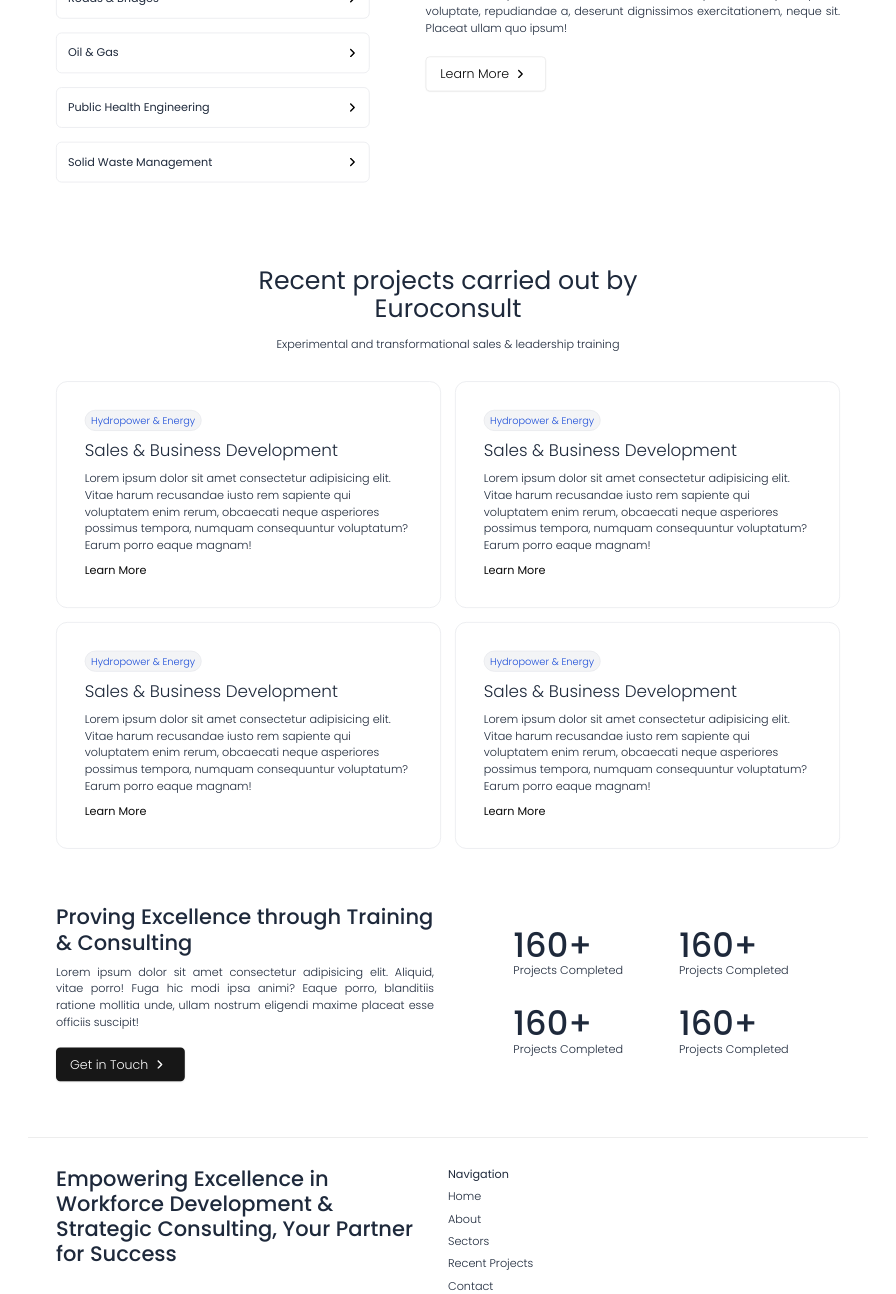
Repository: EMDC-24/ecglobalwebsite19
Page: /
An editor plug-in stored every save of this project. The page is shown before and after the next save, followed by the edit.
The browser window is 1280 px wide. The pictures show the part of the page from y = 2672 to 4592 px (the page is 4521 px tall before and 4592 px after), at 70% of full size.
The project was rebuilt for these pictures with package versions that can differ from the ones it lists, and the page was loaded fresh each time. The framework's server and built-in components were replaced by stand-ins that run in the browser. Also part of the build but not shown: next.config.mjs.

Above is the page before, as saved 2024-09-17 21:22:30.

### app/page.tsx
import Image from "next/image";
import Hero from "./Hero";
import ClientCarousel from "./ClientCarousel";
import { ServicesTabs } from "./ServicesTabs";
import SerTabs from "./SerTabs";
import AboutSection from "./AboutSection";
import RecentProjects from "./RecentProjects";
import PraiseSection from "./PraiseSection";
import Footer from "./Footer";


export default function Home() {
  return (
    <>
    <Hero />
    <ClientCarousel />
    <AboutSection />
    <SerTabs />
    <RecentProjects />
    <PraiseSection />
    <Footer />
    </>
  );
}

### app/globals.css
@tailwind base;
@tailwind components;
@tailwind utilities;

@layer base {
  :root {
    --background: 0 0% 100%;
    --foreground: 0 0% 3.9%;
    --card: 0 0% 100%;
    --card-foreground: 0 0% 3.9%;
    --popover: 0 0% 100%;
    --popover-foreground: 0 0% 3.9%;
    --primary: 0 0% 9%;
    --primary-foreground: 0 0% 98%;
    --secondary: 0 0% 96.1%;
    --secondary-foreground: 0 0% 9%;
    --muted: 0 0% 96.1%;
    --muted-foreground: 0 0% 45.1%;
    --accent: 0 0% 96.1%;
    --accent-foreground: 0 0% 9%;
    --destructive: 0 84.2% 60.2%;
    --destructive-foreground: 0 0% 98%;
    --border: 0 0% 89.8%;
    --input: 0 0% 89.8%;
    --ring: 0 0% 3.9%;
    --chart-1: 12 76% 61%;
    --chart-2: 173 58% 39%;
    --chart-3: 197 37% 24%;
    --chart-4: 43 74% 66%;
    --chart-5: 27 87% 67%;
    --radius: 0.5rem;
  }
  .dark {
    --background: 0 0% 3.9%;
    --foreground: 0 0% 98%;
    --card: 0 0% 3.9%;
    --card-foreground: 0 0% 98%;
    --popover: 0 0% 3.9%;
    --popover-foreground: 0 0% 98%;
    --primary: 0 0% 98%;
    --primary-foreground: 0 0% 9%;
    --secondary: 0 0% 14.9%;
    --secondary-foreground: 0 0% 98%;
    --muted: 0 0% 14.9%;
    --muted-foreground: 0 0% 63.9%;
    --accent: 0 0% 14.9%;
    --accent-foreground: 0 0% 98%;
    --destructive: 0 62.8% 30.6%;
    --destructive-foreground: 0 0% 98%;
    --border: 0 0% 14.9%;
    --input: 0 0% 14.9%;
    --ring: 0 0% 83.1%;
    --chart-1: 220 70% 50%;
    --chart-2: 160 60% 45%;
    --chart-3: 30 80% 55%;
    --chart-4: 280 65% 60%;
    --chart-5: 340 75% 55%;
  }
}

@font-face {
  font-family: 'Poppins';
  src: url('/fonts/Poppins-Black.ttf') format('truetype');
  font-weight: 900;
  font-style: normal;
}

@font-face {
  font-family: 'Poppins';
  src: url('/fonts/Poppins-BlackItalic.ttf') format('truetype');
  font-weight: 900;
  font-style: italic;
}

@font-face {
  font-family: 'Poppins';
  src: url('/fonts/Poppins-Bold.ttf') format('truetype');
  font-weight: 700;
  font-style: normal;
}

@font-face {
  font-family: 'Poppins';
  src: url('/fonts/Poppins-BoldItalic.ttf') format('truetype');
  font-weight: 700;
  font-style: italic;
}

@font-face {
  font-family: 'Poppins';
  src: url('/fonts/Poppins-Regular.ttf') format('truetype');
  font-weight: 400;
  font-style: normal;
}

@font-face {
  font-family: 'Poppins';
  src: url('/fonts/Poppins-Italic.ttf') format('truetype');
  font-weight: 400;
  font-style: italic;
}

@font-face {
  font-family: 'Poppins';
  src: url('/fonts/Poppins-Light.ttf') format('truetype');
  font-weight: 300;
  font-style: normal;
}

@font-face {
  font-family: 'Poppins';
  src: url('/fonts/Poppins-LightItalic.ttf') format('truetype');
  font-weight: 300;
  font-style: italic;
}

@font-face {
  font-family: 'Poppins';
  src: url('/fonts/Poppins-Medium.ttf') format('truetype');
  font-weight: 500;
  font-style: normal;
}

@font-face {
  font-family: 'Poppins';
  src: url('/fonts/Poppins-MediumItalic.ttf') format('truetype');
  font-weight: 500;
  font-style: italic;
}

@layer base {
  * {
    @apply border-border;
  }

  body {
    @apply bg-background text-foreground;
    font-family: 'Poppins', sans-serif !important;
  }
}
.no-visible-scrollbar {
  scrollbar-width: none;
  -ms-overflow-style: none;
  -webkit-overflow-scrolling: touch;
}

.no-visible-scrollbar::-webkit-scrollbar {
  display: none;
}

### app/Hero.tsx
import { Button } from '@/components/ui/button'
import React from 'react'
import { FaAngleRight } from "react-icons/fa6";

const Hero = () => {
  return (
    <div>
        <div className="bg-white px-10 flex flex-row my-10">
        <div className="md:w-1/2 flex flex-col items-start justify-normal py-10">
        <div className="bg-gray-100 border-[1px] border-gray-200 rounded-full px-2 py-1 text-sm text-gray-800">Engineering Consultancy</div>
        <h1 className="text-5xl text-gray-800 mt-3 font-light ">Empowering Excellence through Engineering & Consulting</h1>
        <p className="text-lg text-gray-700 mt-10 leading-snug tracking-tight text-justify mr-10 font-light">Euroconsult Pakistan is a global, state-of-the-art service provider organization actively engaged in water resources and energy, agriculture, infrastructure, environment, oil and gas, mass transit, light rail, motorways, highways, institutional capacity building, financial management, rural and urban development, and management. </p>
        <div className="mt-10 flex flex-row gap-3">
        <a href="#" >
        <Button className="px-5 py-6 text-lg font-light  hover:bg-blue-600">Get Started  <FaAngleRight className="mr-2 ml-2 h-4 w-4" /></Button>
        </a>
        <a href="#" >
        <Button variant="outline" className="px-5 py-6 text-lg font-light  hover:bg-gray-200">Contact Us<FaAngleRight className="mr-2 ml-2 h-4 w-4" /></Button>
        </a>
        </div>
        </div>
        <div className="md:w-1/2 flex flex-col gap-3">
        <div className="w-full h-[60%] rounded-2xl bg-cover bg-center" style={{ backgroundImage: `url('/assets/heroimage.jpg')` }}> </div>
        <div className="w-full h-[40%] rounded-2xl bg-cover bg-center" style={{ backgroundImage: `url('/assets/hero2.jpg')` }}> </div>
        </div>
        </div>
    </div>
  )
}

export default Hero

### app/ClientCarousel.tsx
import React from 'react';
import Marquee from 'react-fast-marquee';
import Image from 'next/image';

const ClientCarousel = () => {
  const logoSize = { height: 40 };
  const logoStyle = { margin: '0 25px' };

  const logos = [
    <Image src="/assets/adblogo.png" alt="" width={100} key="br" {...logoSize} />,
    <Image src="/assets/uniceflogo.png" alt="" width={100} key="br" {...logoSize} />,
    <Image src="/assets/ciscologo.png" alt="" width={100} key="br" {...logoSize} />,
    <Image src="/assets/kfwlogo.png" alt="" width={100} key="br" {...logoSize} />,
    <Image src="/assets/citilogo.png" alt="" width={100} key="br" {...logoSize} />,
    <Image src="/assets/usaidlogo.png" alt="" width={100} key="br" {...logoSize} />,
    <Image src="/assets/undplogo.png" alt="" width={100} key="br" {...logoSize} />,
    <Image src="/assets/unlogo.png" alt="" width={100} key="br" {...logoSize} />,
    <Image src="/assets/gtzlogo.png" alt="" width={100} key="br" {...logoSize} />,
    <Image src="/assets/dfidlogo.png" alt="" width={100} key="br" {...logoSize} />,
    <Image src="/assets/wblogo.png" alt="" width={100} key="br" {...logoSize} />,
  ];

  return (
    <div className="py-20 my-10">

      <div className="relative z-10">
        {/* Left gradient */}
      <div className="absolute left-0 top-0 bottom-0 w-1/4 bg-gradient-to-r from-white to-transparent via-transparent z-20 pointer-events-none"
           style={{ backgroundImage: 'linear-gradient(to right, white 30%, transparent 70%)' }}>
      </div>

      {/* Right gradient */}
      <div className="absolute right-0 top-0 bottom-0 w-1/4 bg-gradient-to-l from-white to-transparent via-transparent z-20 pointer-events-none"
           style={{ backgroundImage: 'linear-gradient(to left, white 30%, transparent 70%)' }}>
      </div>
    <div className="overflow-hidden ">
      <Marquee gradient={false} pauseOnHover={false} speed={50}>
        {logos.map((logo, index) => (
          <div key={index} style={logoStyle}>
            {logo}
          </div>
        ))}
        {logos.map((logo, index) => (
          <div key={`repeat-${index}`} style={logoStyle}>
            {logo}
          </div>
        ))}
        {logos.map((logo, index) => (
          <div key={`repeat2-${index}`} style={logoStyle}>
            {logo}
          </div>
        ))}
      </Marquee>
    </div>
    </div>

    </div>
  );
};

export default ClientCarousel;

### app/AboutSection.tsx
import { Button } from '@/components/ui/button'
import React from 'react'
import { FaAngleRight } from "react-icons/fa6";
const AboutSection = () => {
  return (
    <div className="px-10 flex flex-col items-center justify-center">
        <div className="my-10 gap-5 flex flex-col">
            <h3 className="text-[40px] tracking-tight leading-snug font-medium text-slate-800 px-72 text-center">Comprehensive Training & Consulting Solutions Tailored to Your Needs</h3>
            <p className="px-64 text-center font-light text-slate-800">With focus on individual attention, we are committed to delivering customized strategies, empowering your workforce, and guiding your business to sustainable growth & excellence</p>
        </div>
        <div className="flex flex-row gap-10 px-24 mt-10">
            <div className="w-1/2 flex gap-5 flex-col px-12">
                <h3 className="text-3xl">Our Approach to Leadership Development</h3>
                <p className="tracking-tight font-light text-justify"> Lorem ipsum dolor sit amet consectetur adipisicing elit. Explicabo nisi dolorem voluptas velit obcaecati laborum placeat aliquid ipsum voluptate, repudiandae a, deserunt dignissimos exercitationem, neque sit. Placeat ullam quo ipsum!</p>
                <p className="tracking-tight font-light text-justify"> Lorem ipsum dolor sit amet consectetur adipisicing elit. Explicabo nisi dolorem voluptas velit obcaecati laborum placeat aliquid ipsum voluptate, repudiandae a, deserunt dignissimos exercitationem, neque sit. Placeat ullam quo ipsum!</p>
                <a href="#" >
            <Button variant="outline" className="px-5 py-6 text-lg font-light  hover:bg-gray-200">Contact Us<FaAngleRight className="mr-2 ml-2 h-4 w-4" /></Button>
            </a>
            </div>
            <div className="w-1/2 flex gap-5 flex-col px-12">
                <h3 className="text-3xl">Leadership Development Expands a leader's impact</h3>
                <p className="tracking-tight font-light text-justify"> Lorem ipsum dolor sit amet consectetur adipisicing elit. Explicabo nisi dolorem voluptas velit obcaecati laborum placeat aliquid ipsum voluptate, repudiandae a, deserunt dignissimos exercitationem, neque sit. Placeat ullam quo ipsum!</p>
                <p className="tracking-tight font-light text-justify"> Lorem ipsum dolor sit amet consectetur adipisicing elit. Explicabo nisi dolorem voluptas velit obcaecati laborum placeat aliquid ipsum voluptate, repudiandae a, deserunt dignissimos exercitationem, neque sit. Placeat ullam quo ipsum!</p>
            </div>
        </div>
    </div>
  )
}

export default AboutSection

### app/RecentProjects.tsx
import React from 'react'

const RecentProjects = () => {
  return (
    <div className="flex flex-col mx-20">
        <div>
            <h3 className="text-4xl mt-10 text-slate-800 px-64 text-center">Recent projects carried out by Euroconsult</h3>
            <p className="text-slate-800 font-light text-center mt-5">Experimental and transformational sales & leadership training</p>
        </div>
        <div className="flex flex-row gap-5 my-5 mt-10 items-center justify-center">
        <div className="flex flex-col gap-3 border-[1px] border-gray-200 rounded-2xl p-10">
        <div><div className="bg-gray-100 inline-flex w-auto border-gray-200 border-[1px] rounded-full px-2 py-1 text-sm text-blue-700 font-light">Hydropower & Energy</div></div>
        <h3 className="font-light text-slate-800 text-2xl">Sales & Business Development</h3>
        <p className="font-light text-slate-800">Lorem ipsum dolor sit amet consectetur adipisicing elit. Vitae harum recusandae iusto rem sapiente qui voluptatem enim rerum, obcaecati neque asperiores possimus tempora, numquam consequuntur voluptatum? Earum porro eaque magnam!</p>
        <a href="#" >Learn More</a>
        </div>
        <div className="flex flex-col gap-3 border-[1px] border-gray-200 rounded-2xl p-10">
        <div><div className="bg-gray-100 w-auto inline-flex border-gray-200 border-[1px] rounded-full px-2 py-1 text-sm text-blue-700 font-light">Hydropower & Energy</div></div>
        <h3 className="font-light text-slate-800 text-2xl">Sales & Business Development</h3>
        <p className="font-light text-slate-800">Lorem ipsum dolor sit amet consectetur adipisicing elit. Vitae harum recusandae iusto rem sapiente qui voluptatem enim rerum, obcaecati neque asperiores possimus tempora, numquam consequuntur voluptatum? Earum porro eaque magnam!</p>
        <a href="#" >Learn More</a>
        </div>
        </div>
        <div className="flex flex-row gap-5 items-center justify-center">
        <div className="flex flex-col gap-3 border-[1px] border-gray-200 rounded-2xl p-10">
        <div><div className="bg-gray-100 inline-flex w-auto border-gray-200 border-[1px] rounded-full px-2 py-1 text-sm text-blue-700 font-light">Hydropower & Energy</div></div>
        <h3 className="font-light text-slate-800 text-2xl">Sales & Business Development</h3>
        <p className="font-light text-slate-800">Lorem ipsum dolor sit amet consectetur adipisicing elit. Vitae harum recusandae iusto rem sapiente qui voluptatem enim rerum, obcaecati neque asperiores possimus tempora, numquam consequuntur voluptatum? Earum porro eaque magnam!</p>
        <a href="#" >Learn More</a>
        </div>
        <div className="flex flex-col gap-3 border-[1px] border-gray-200 rounded-2xl p-10">
        <div><div className="bg-gray-100 w-auto inline-flex border-gray-200 border-[1px] rounded-full px-2 py-1 text-sm text-blue-700 font-light">Hydropower & Energy</div></div>
        <h3 className="font-light text-slate-800 text-2xl">Sales & Business Development</h3>
        <p className="font-light text-slate-800">Lorem ipsum dolor sit amet consectetur adipisicing elit. Vitae harum recusandae iusto rem sapiente qui voluptatem enim rerum, obcaecati neque asperiores possimus tempora, numquam consequuntur voluptatum? Earum porro eaque magnam!</p>
        <a href="#" >Learn More</a>
        </div>
        </div>

    </div>
  )
}

export default RecentProjects

### app/PraiseSection.tsx

import { Button } from '@/components/ui/button'
import React from 'react'
import { FaAngleRight } from "react-icons/fa6";

const PraiseSection = () => {
  return (
    <div className="mx-20 flex flex-row gap-10 my-20 items-center justify-center">
    <div className="w-1/2 flex flex-col gap-3">
        <h3 className="text-3xl font-medium text-slate-800">Proving Excellence through Training & Consulting</h3>
        <p className="font-light text-slate-800 text-justify">Lorem ipsum dolor sit amet consectetur adipisicing elit. Aliquid, vitae porro! Fuga hic modi ipsa animi? Eaque porro, blanditiis ratione mollitia unde, ullam nostrum eligendi maxime placeat esse officiis suscipit!</p>
        <div className="w-auto mt-3"><Button className="px-5 py-6 text-lg font-light  hover:bg-blue-600">Get in Touch  <FaAngleRight className="mr-2 ml-2 h-4 w-4" /></Button></div>
    </div>
    <div className="w-1/2 flex flex-col gap-10 ">
    <div className="flex flex-row gap-20 items-start justify-center">
        <div>
        <h3 className="text-5xl font-medium text-slate-800">160+</h3>
        <p className="font-light text-slate-800">Projects Completed</p>
        </div>
        <div>
        <h3 className="text-5xl font-medium text-slate-800">160+</h3>
        <p className="font-light text-slate-800">Projects Completed</p>
        </div>
    </div>
    <div className="flex flex-row gap-20 items-start justify-center">
        <div>
        <h3 className="text-5xl font-medium text-slate-800">160+</h3>
        <p className="font-light text-slate-800">Projects Completed</p>
        </div>
        <div>
        <h3 className="text-5xl font-medium text-slate-800">160+</h3>
        <p className="font-light text-slate-800">Projects Completed</p>
        </div>
    </div>

    </div>
    </div>
  )
}

export default PraiseSection

### app/Footer.tsx
import { Separator } from '@/components/ui/separator'
import React from 'react'

const Footer = () => {
  return (
    <div className="mx-10 flex flex-col gap-10">
        <Separator />
        <div className="flex flex-col md:flex-row ">
            <div className="w-1/2">
                <h5 className="text-3xl font-medium text-slate-800 mx-10">Empowering Excellence in Workforce Development & Strategic Consulting, Your Partner for Success</h5>
            </div>
            <div className="w-1/2 flex flex-row gap-10">
                <div className="w-1/2 flex flex-col gap-2">
                <p className="text-slate-800 ">Navigation</p>
                <a href="/" className="text-slate-800 font-light">Home</a>
                <a href="/" className="text-slate-800 font-light">About</a>
                <a href="/" className="text-slate-800 font-light">Sectors</a>
                <a href="/" className="text-slate-800 font-light">Recent Projects</a>
                <a href="/" className="text-slate-800 font-light">Contact</a>
                </div>
            </div>
        </div>
    </div>
  )
}

export default Footer

### components/ui/button.tsx
import * as React from "react"
import { Slot } from "@radix-ui/react-slot"
import { cva, type VariantProps } from "class-variance-authority"

import { cn } from "@/lib/utils"

const buttonVariants = cva(
  "inline-flex items-center justify-center whitespace-nowrap rounded-md text-sm font-medium transition-colors focus-visible:outline-none focus-visible:ring-1 focus-visible:ring-ring disabled:pointer-events-none disabled:opacity-50",
  {
    variants: {
      variant: {
        default:
          "bg-primary text-primary-foreground shadow hover:bg-primary/90",
        destructive:
          "bg-destructive text-destructive-foreground shadow-sm hover:bg-destructive/90",
        outline:
          "border border-input bg-background shadow-sm hover:bg-accent hover:text-accent-foreground",
        secondary:
          "bg-secondary text-secondary-foreground shadow-sm hover:bg-secondary/80",
        ghost: "hover:bg-accent hover:text-accent-foreground",
        link: "text-primary underline-offset-4 hover:underline",
      },
      size: {
        default: "h-9 px-4 py-2",
        sm: "h-8 rounded-md px-3 text-xs",
        lg: "h-10 rounded-md px-8",
        icon: "h-9 w-9",
      },
    },
    defaultVariants: {
      variant: "default",
      size: "default",
    },
  }
)

export interface ButtonProps
  extends React.ButtonHTMLAttributes<HTMLButtonElement>,
    VariantProps<typeof buttonVariants> {
  asChild?: boolean
}

const Button = React.forwardRef<HTMLButtonElement, ButtonProps>(
  ({ className, variant, size, asChild = false, ...props }, ref) => {
    const Comp = asChild ? Slot : "button"
    return (
      <Comp
        className={cn(buttonVariants({ variant, size, className }))}
        ref={ref}
        {...props}
      />
    )
  }
)
Button.displayName = "Button"

export { Button, buttonVariants }

### components/ui/separator.tsx
"use client"

import * as React from "react"
import * as SeparatorPrimitive from "@radix-ui/react-separator"

import { cn } from "@/lib/utils"

const Separator = React.forwardRef<
  React.ElementRef<typeof SeparatorPrimitive.Root>,
  React.ComponentPropsWithoutRef<typeof SeparatorPrimitive.Root>
>(
  (
    { className, orientation = "horizontal", decorative = true, ...props },
    ref
  ) => (
    <SeparatorPrimitive.Root
      ref={ref}
      decorative={decorative}
      orientation={orientation}
      className={cn(
        "shrink-0 bg-border",
        orientation === "horizontal" ? "h-[1px] w-full" : "h-full w-[1px]",
        className
      )}
      {...props}
    />
  )
)
Separator.displayName = SeparatorPrimitive.Root.displayName

export { Separator }

### tailwind.config.ts
import type { Config } from "tailwindcss";

const config: Config = {
  darkMode: ["class"],
  content: [
    "./pages/**/*.{js,ts,jsx,tsx,mdx}",
    "./components/**/*.{js,ts,jsx,tsx,mdx}",
    "./app/**/*.{js,ts,jsx,tsx,mdx}",
  ],
  theme: {
    extend: {
      fontFamily: {
        sans: ['Poppins', 'sans-serif'], // Set Poppins as default sans font
      },
      backgroundImage: {
        'gradient-radial': 'radial-gradient(var(--tw-gradient-stops))',
        'gradient-conic': 'conic-gradient(from 180deg at 50% 50%, var(--tw-gradient-stops))',
      },
      borderRadius: {
        lg: 'var(--radius)',
        md: 'calc(var(--radius) - 2px)',
        sm: 'calc(var(--radius) - 4px)',
      },
      colors: {
        background: 'hsl(var(--background))',
        foreground: 'hsl(var(--foreground))',
        card: {
          DEFAULT: 'hsl(var(--card))',
          foreground: 'hsl(var(--card-foreground))',
        },
        popover: {
          DEFAULT: 'hsl(var(--popover))',
          foreground: 'hsl(var(--popover-foreground))',
        },
        primary: {
          DEFAULT: 'hsl(var(--primary))',
          foreground: 'hsl(var(--primary-foreground))',
        },
        secondary: {
          DEFAULT: 'hsl(var(--secondary))',
          foreground: 'hsl(var(--secondary-foreground))',
        },
        muted: {
          DEFAULT: 'hsl(var(--muted))',
          foreground: 'hsl(var(--muted-foreground))',
        },
        accent: {
          DEFAULT: 'hsl(var(--accent))',
          foreground: 'hsl(var(--accent-foreground))',
        },
        destructive: {
          DEFAULT: 'hsl(var(--destructive))',
          foreground: 'hsl(var(--destructive-foreground))',
        },
        border: 'hsl(var(--border))',
        input: 'hsl(var(--input))',
        ring: 'hsl(var(--ring))',
        chart: {
          '1': 'hsl(var(--chart-1))',
          '2': 'hsl(var(--chart-2))',
          '3': 'hsl(var(--chart-3))',
          '4': 'hsl(var(--chart-4))',
          '5': 'hsl(var(--chart-5))',
        },
      },
    },
  },
  plugins: [require("tailwindcss-animate")],
};

export default config;

Loaded but not shown: app/layout.tsx (common file); lib/utils.ts (common file); app/SerTabs.tsx (180 lines, source omitted)

After the next save:
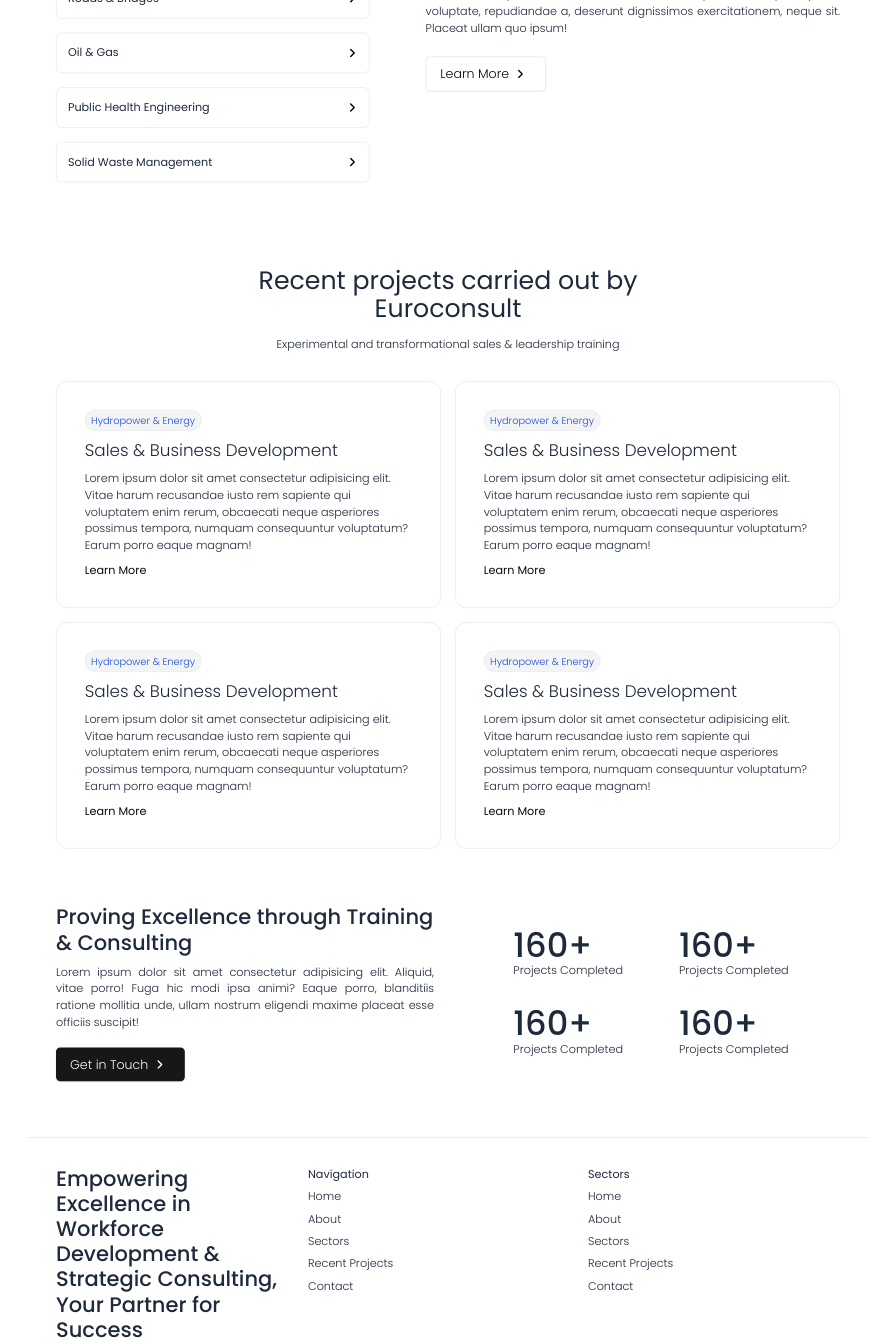
Saved 18 s later.
--- a/app/Footer.tsx
+++ b/app/Footer.tsx
@@ -19,6 +19,16 @@
                 <a href="/" className="text-slate-800 font-light">Contact</a>
                 </div>
             </div>
+            <div className="w-1/2 flex flex-row gap-10">
+                <div className="w-1/2 flex flex-col gap-2">
+                <p className="text-slate-800 ">Sectors</p>
+                <a href="/" className="text-slate-800 font-light">Home</a>
+                <a href="/" className="text-slate-800 font-light">About</a>
+                <a href="/" className="text-slate-800 font-light">Sectors</a>
+                <a href="/" className="text-slate-800 font-light">Recent Projects</a>
+                <a href="/" className="text-slate-800 font-light">Contact</a>
+                </div>
+            </div>
         </div>
     </div>
   )
